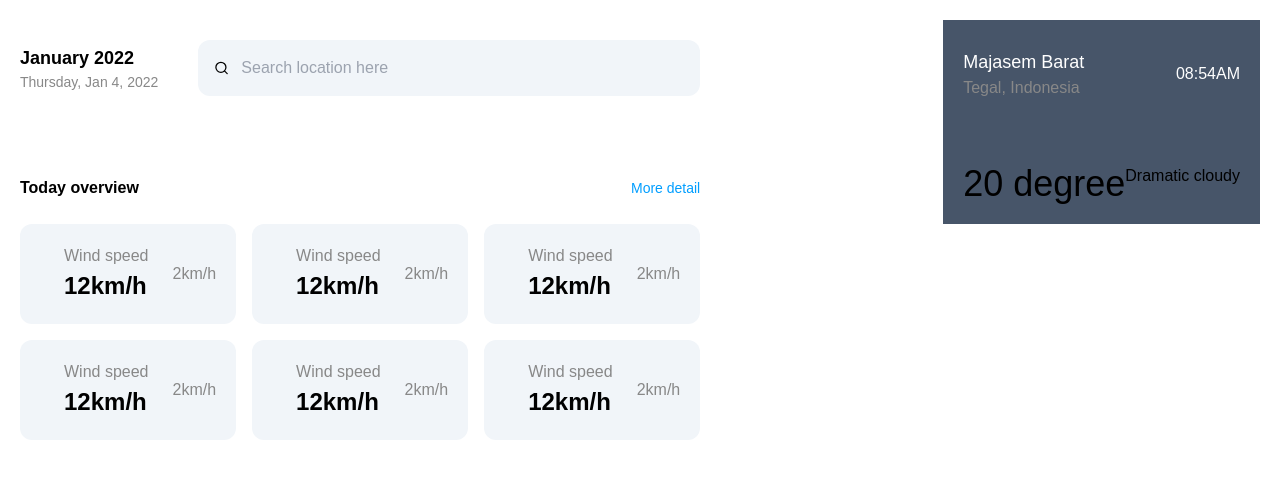
Repository: theweirdboiz/datawarehouse-ui
Page: /
These files come from the project's save history. The page is drawn as it stood at one moment and after the next save; the edit follows.
The browser window is 1280 px wide. The pictures show the whole page.
The project was rebuilt for these pictures with package versions that can differ from the ones it lists, and the page was loaded fresh each time. Also part of the build but not shown: vite.config.js.

Above is the page before, as saved 2022-11-23 16:42:09.

### index.html
<!DOCTYPE html>
<html lang="en">
  <head>
    <meta charset="UTF-8" />
    <link rel="icon" type="image/svg+xml" href="/vite.svg" />
    <meta name="viewport" content="width=device-width, initial-scale=1.0" />
    <title>Weather - Datawarehouse</title>
  </head>
  <body>
    <div id="root"></div>
    <script type="module" src="/src/main.jsx"></script>
  </body>
</html>

### src/App.jsx
import { useState } from "react";
import { FiSearch } from "react-icons/fi";

function App() {
  const date = "font-[900] text-lg";
  const detailDate = "text-sm text-[#888]";

  const contentTop = "mt-[20px] flex items-center gap-x-10 mb-20";
  const contentSearch =
    "content__search p-4 flex items-center gap-x-3 flex-1 rounded-xl bg-slate-100";

  return (
    <div className="container p-5 mx-auto">
      <div className="flex justify-between">
        <section className="content max-w-3xl">
          <div className={contentTop}>
            <div className="flex-col">
              <h3 className={date}>January 2022</h3>
              <div className={detailDate}>Thursday, Jan 4, 2022</div>
            </div>
            <div className={contentSearch}>
              <FiSearch />
              <input
                className="w-full bg-transparent"
                type="text"
                placeholder="Search location here"
              />
            </div>
          </div>
          <div className="content__detail">
            <div className="flex items-center justify-between">
              <h4 className="font-semibold">Today overview</h4>
              <div className="">
                <button className="text-sm font-medium text-[#009EFF]">
                  More detail
                </button>
              </div>
            </div>
            <div>
              <div className="content__detail-box grid grid-cols-3 gap-4 mt-6">
                <div className="content__detail-item p-5 flex items-center gap-x-6 bg-slate-100 rounded-xl">
                  <i></i>
                  <div className="speed flex flex-col">
                    <h4 className="text-[#888]">Wind speed</h4>
                    <span className="text-[24px] font-semibold">12km/h</span>
                  </div>
                  <span className="text-[#888]">2km/h</span>
                </div>
                <div className="content__detail-item p-5 flex items-center gap-x-6 bg-slate-100 rounded-xl">
                  <i></i>
                  <div className="speed flex flex-col">
                    <h4 className="text-[#888]">Wind speed</h4>
                    <span className="text-[24px] font-semibold">12km/h</span>
                  </div>
                  <span className="text-[#888]">2km/h</span>
                </div>
                <div className="content__detail-item p-5 flex items-center gap-x-6 bg-slate-100 rounded-xl">
                  <i></i>
                  <div className="speed flex flex-col">
                    <h4 className="text-[#888]">Wind speed</h4>
                    <span className="text-[24px] font-semibold">12km/h</span>
                  </div>
                  <span className="text-[#888]">2km/h</span>
                </div>
                <div className="content__detail-item p-5 flex items-center gap-x-6 bg-slate-100 rounded-xl">
                  <i></i>
                  <div className="speed flex flex-col">
                    <h4 className="text-[#888]">Wind speed</h4>
                    <span className="text-[24px] font-semibold">12km/h</span>
                  </div>
                  <span className="text-[#888]">2km/h</span>
                </div>
                <div className="content__detail-item p-5 flex items-center gap-x-6 bg-slate-100 rounded-xl">
                  <i></i>
                  <div className="speed flex flex-col">
                    <h4 className="text-[#888]">Wind speed</h4>
                    <span className="text-[24px] font-semibold">12km/h</span>
                  </div>
                  <span className="text-[#888]">2km/h</span>
                </div>
                <div className="content__detail-item p-5 flex items-center gap-x-6 bg-slate-100 rounded-xl">
                  <i></i>
                  <div className="speed flex flex-col">
                    <h4 className="text-[#888]">Wind speed</h4>
                    <span className="text-[24px] font-semibold">12km/h</span>
                  </div>
                  <span className="text-[#888]">2km/h</span>
                </div>
              </div>
            </div>
          </div>
        </section>
        <section className="content__right">
          <div className="bg-slate-600 p-5">
            <div className="flex items-center gap-x-12 justify-between mt-2 mb-5 text-white">
              <div className="flex flex-col">
                <h3 className="text-lg">Majasem Barat</h3>
                <span className="text-[#888]">Tegal, Indonesia</span>
              </div>
              <h4>08:54AM</h4>
            </div>
            <div className="mt-16 flex justify-between">
              <div className="">
                <h2 className="text-4xl">20 degree</h2>
              </div>
              <h3>Dramatic cloudy</h3>
            </div>
          </div>
        </section>
      </div>
    </div>
  );
}

export default App;

### src/index.scss
@tailwind base;
@tailwind components;
@tailwind utilities;

@layer base {
  @import url("https://fonts.googleapis.com/css2?family=Poppins:wght@300;500;600;900&display=swap");

  *,
  *::before,
  *::after {
    box-sizing: border-box;
  }
  * {
    margin: 0;
    padding: 0;
  }
  body {
    line-height: 1.5;
    font-family: "Poppins", sans-serif;
  }
  img,
  picture,
  video,
  canvas,
  svg {
    display: block;
    max-width: 100%;
  }
  input,
  button,
  textarea,
  select {
    outline: none;
  }
  p,
  h1,
  h2,
  h3,
  h4,
  h5,
  h6 {
    overflow-wrap: break-word;
  }
}

Loaded but not shown: src/main.jsx (common file); tailwind.config.cjs (common file)

After the next save:
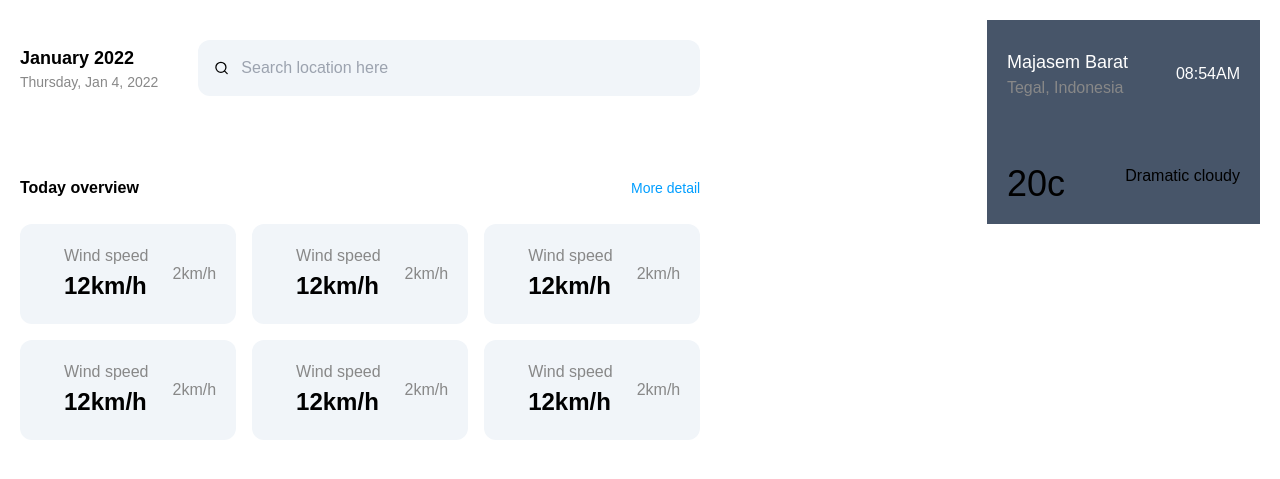
Saved 10 s later.
--- a/src/App.jsx
+++ b/src/App.jsx
@@ -101,7 +101,7 @@ function App() {
             </div>
             <div className="mt-16 flex justify-between">
               <div className="">
-                <h2 className="text-4xl">20 degree</h2>
+                <h2 className="text-4xl">20c</h2>
               </div>
               <h3>Dramatic cloudy</h3>
             </div>
